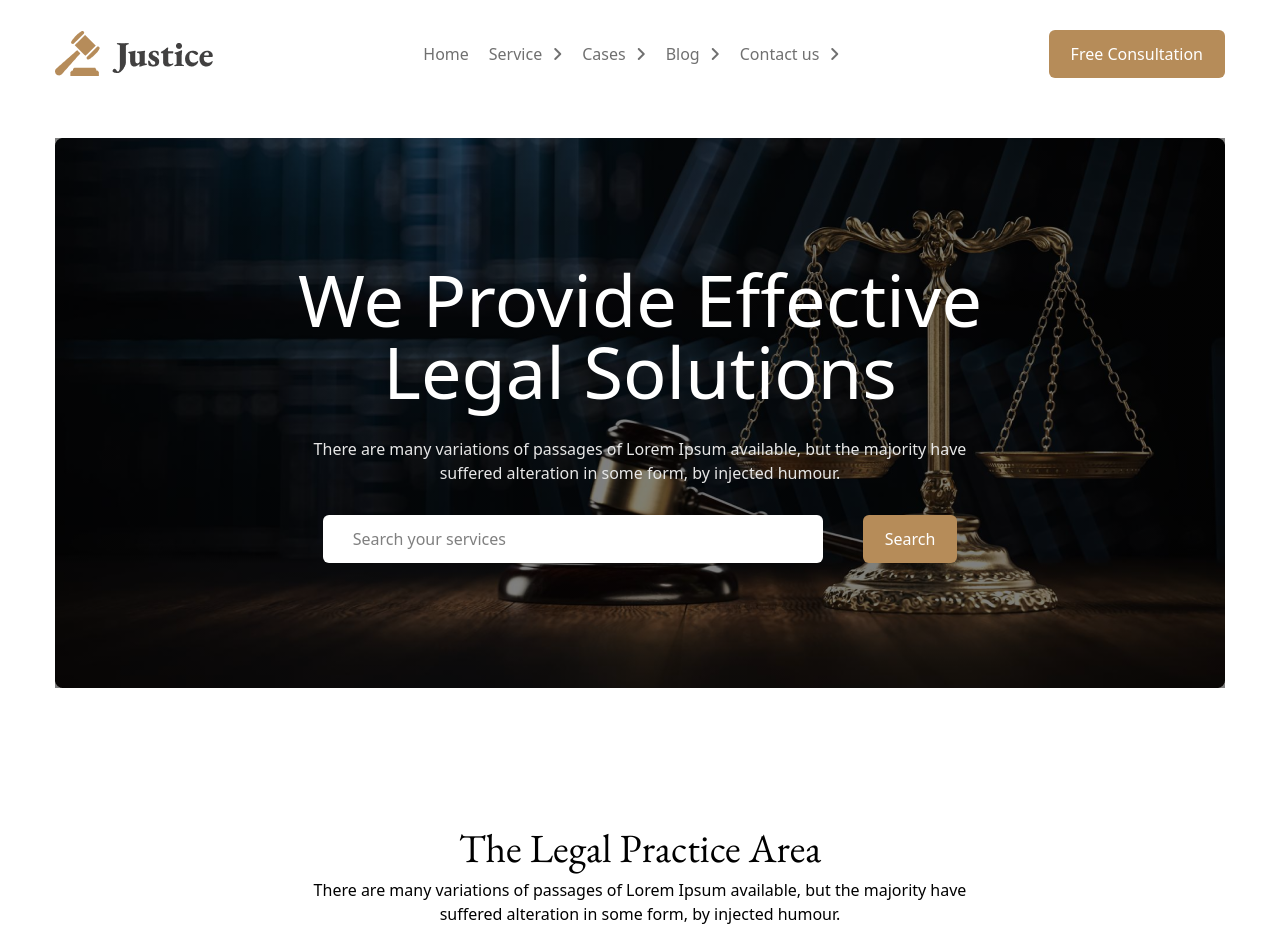
Repository: nahid-hasann/website-6
Page: index.html
The author's editor kept a copy of each file at every save. The page is drawn from the files as they stood at one save, then again after a run of saves.
The browser window is 1280 px wide. The pictures show the whole page.

Above is the page before, as saved 2025-07-20 23:38:34.

After the next 2 saves:
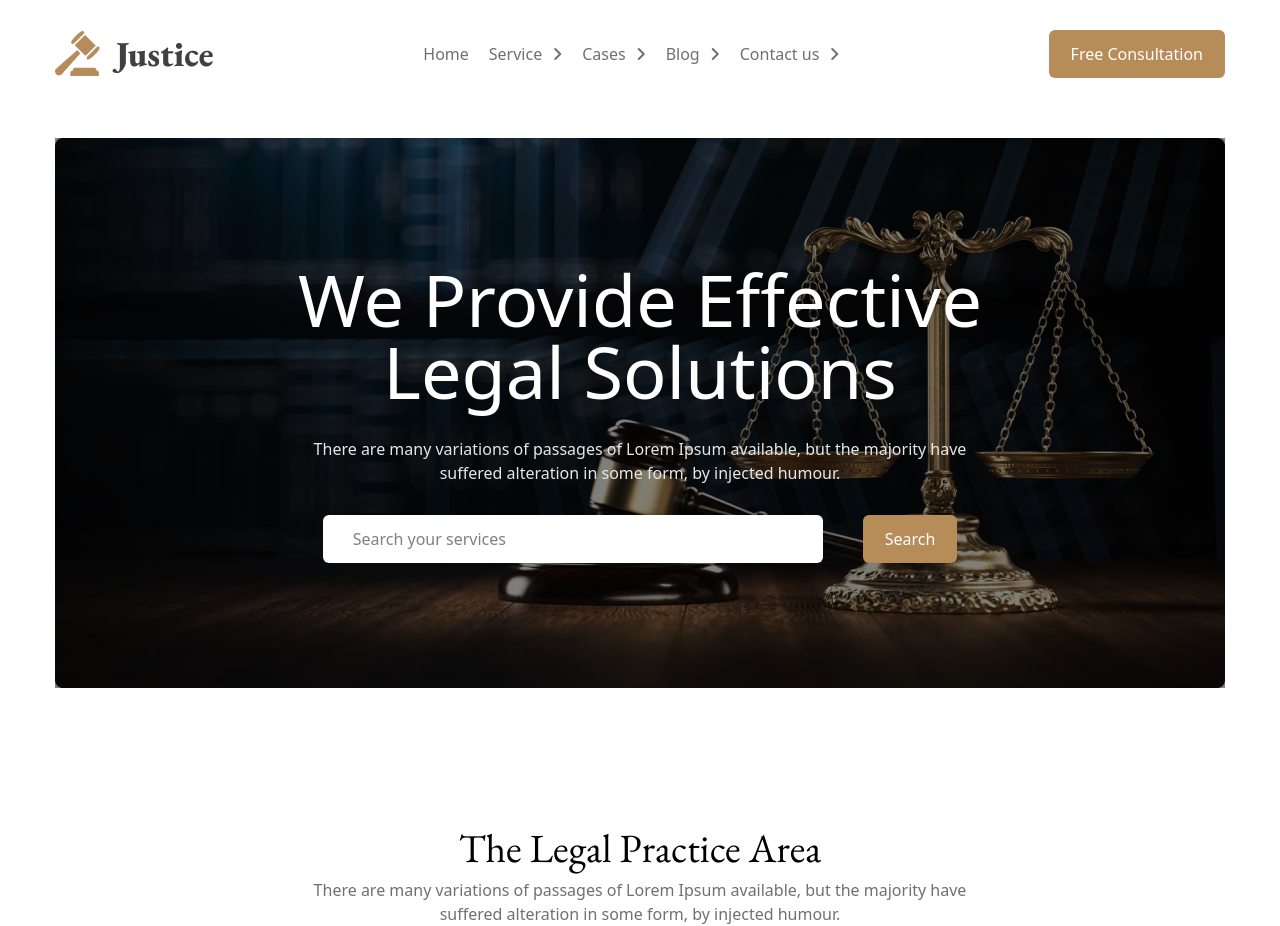
The 2 saves are shown as one change because they came seconds apart.
The last was saved 9 s later.
--- a/index.html
+++ b/index.html
@@ -50,7 +50,7 @@
     <div class="card-section">
         <div class="card-content">
             <h1 class="eb-garamond-ok text-[40px] text-center ">The Legal Practice Area</h1>
-            <p class="text-center">There are many variations of passages of Lorem Ipsum available, but the majority have <br> suffered alteration in some form, by injected humour.</p>
+            <p class="text-center text-[#707070]">There are many variations of passages of Lorem Ipsum available, but the majority have <br> suffered alteration in some form, by injected humour.</p>
         </div>
     </div>
 </main>
